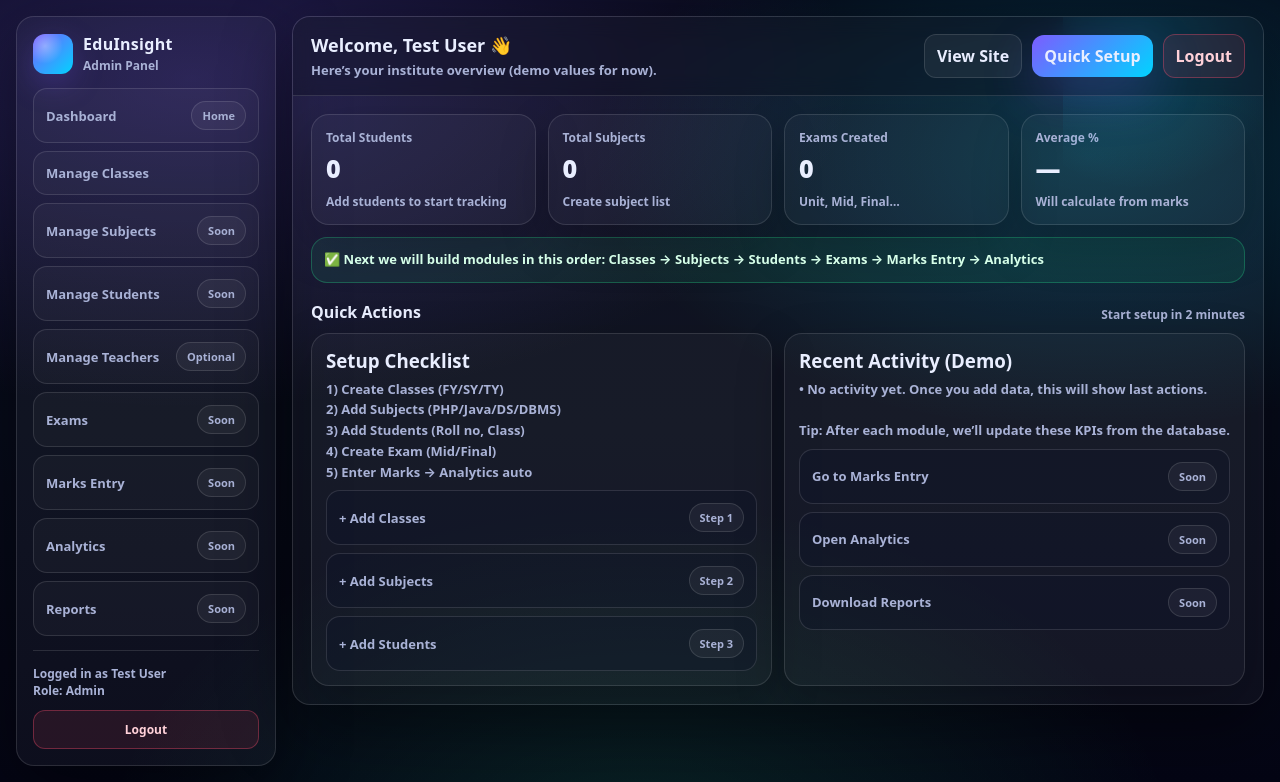
Repository: Kaifclash/EduInsight
Page: http://localhost/dashboard/admin_dashboard.php
These files come from the project's save history. The page is drawn as it stood at one moment and after the next save; the edit follows.
The browser window is 1280 px wide. The pictures show the whole page.
The page is run by PHP 8.4 with error messages shown; the project is at /var/www/html/. The session is filled in as if someone had signed in: {"user_id": 1, "role": "admin", "full_name": "Test User"}. Other server files are loaded and not shown.

Above is the page before, as saved 2026-02-11 19:17:13.

### dashboard/admin_dashboard.php
<?php
session_start();
if (!isset($_SESSION["user_id"]) || ($_SESSION["role"] ?? "") !== "admin") {
  header("Location: ../login.html");
  exit;
}
$fullName = $_SESSION["full_name"] ?? "Admin";
?>
<!DOCTYPE html>
<html lang="en">
<head>
  <meta charset="UTF-8" />
  <meta name="viewport" content="width=device-width, initial-scale=1.0" />
  <title>EduInsight | Admin Dashboard</title>
  <style>
    :root{
      --bg:#070b1a;
      --card:#0f1736;
      --card2:#0b122a;
      --text:#e9eeff;
      --muted:#a9b2d6;
      --accent:#7c5cff;
      --accent2:#00d4ff;
      --good:#2dff9a;
      --warn:#ffcf5a;
      --danger:#ff4d6d;
      --border:rgba(255,255,255,.12);
      --shadow: 0 20px 70px rgba(0,0,0,.45);
      --radius:18px;
    }

    *{box-sizing:border-box;}

    body{
      margin:0;
      font-family: ui-sans-serif, system-ui, -apple-system, Segoe UI, Roboto, Arial;
      color:var(--text);
      background:
        radial-gradient(1200px 600px at 15% 10%, rgba(124,92,255,.25), transparent 55%),
        radial-gradient(900px 500px at 85% 20%, rgba(0,212,255,.20), transparent 55%),
        radial-gradient(900px 600px at 50% 110%, rgba(45,255,154,.12), transparent 60%),
        linear-gradient(180deg, #060816 0%, var(--bg) 55%, #040514 100%);
      min-height:100vh;
      overflow-x:hidden;
      overflow-y:auto; /* ✅ important */
    }

    a{color:inherit;text-decoration:none;}

    /* ✅ Full width responsive layout */
    .layout{
      width:100%;
      max-width:1400px;
      margin: 16px auto;
      padding: 0 16px;
      display:grid;
      grid-template-columns: 260px 1fr;
      gap:16px;
      align-items:start;
    }

    /* Sidebar */
    .sidebar{
      border:1px solid var(--border);
      border-radius: var(--radius);
      background: rgba(255,255,255,.04);
      box-shadow: var(--shadow);
      overflow:hidden;
      padding:16px;

      /* ✅ remove fixed height / sticky */
      position: relative;
      min-height: calc(100vh - 32px);
    }

    .brand{
      display:flex; align-items:center; gap:10px;
      font-weight:900;
      letter-spacing:.3px;
      margin-bottom:14px;
    }
    .logo{
      width:40px; height:40px;
      border-radius:12px;
      background:
        radial-gradient(circle at 30% 30%, rgba(255,255,255,.35), transparent 45%),
        linear-gradient(135deg, var(--accent), var(--accent2));
      box-shadow: 0 10px 30px rgba(124,92,255,.25);
    }
    .brand small{
      display:block;
      font-weight:650;
      color:var(--muted);
      margin-top:2px;
      font-size:12px;
      letter-spacing:0;
    }

    .nav{
      margin-top:10px;
      display:grid;
      gap:8px;
    }
    .nav a{
      padding:12px 12px;
      border:1px solid var(--border);
      border-radius: 14px;
      background: rgba(255,255,255,.03);
      color: var(--muted);
      font-weight:800;
      font-size:13px;
      display:flex;
      align-items:center;
      justify-content:space-between;
      transition:.18s ease;
    }
    .nav a:hover{
      transform: translateY(-1px);
      background: rgba(255,255,255,.06);
      color: var(--text);
    }
    .pill{
      font-size:11px;
      font-weight:900;
      padding:6px 10px;
      border-radius:999px;
      border:1px solid var(--border);
      background: rgba(255,255,255,.05);
      color: var(--muted);
    }

    .side-footer{
      margin-top:14px;
      border-top:1px solid var(--border);
      padding-top:14px;
      color: var(--muted);
      font-size:12px;
      font-weight:650;
      line-height:1.45;
    }

    /* Main */
    .main{
      border:1px solid var(--border);
      border-radius: var(--radius);
      background: rgba(255,255,255,.04);
      box-shadow: var(--shadow);
      overflow:hidden;
      position:relative;

      /* ✅ always fills screen */
      min-height: calc(100vh - 32px);
    }

    .main::before{
      content:"";
      position:absolute;
      inset:-60px -60px auto auto;
      width:260px; height:260px;
      background: radial-gradient(circle at 30% 30%, rgba(0,212,255,.18), transparent 60%);
      pointer-events:none;
    }

    /* Topbar */
    .topbar{
      display:flex;
      align-items:center;
      justify-content:space-between;
      gap:12px;
      padding:16px 18px;
      border-bottom:1px solid var(--border);
      backdrop-filter: blur(10px);
      background: rgba(7,11,26,.30);
      position:sticky;
      top:0;
      z-index:5;
    }

    .hello b{font-size:18px;}
    .hello div{color:var(--muted); font-weight:700; font-size:13px; margin-top:4px;}

    .actions{
      display:flex;
      gap:10px;
      align-items:center;
      flex-wrap:wrap;
    }

    .btn{
      border:1px solid var(--border);
      background: rgba(255,255,255,.06);
      color:var(--text);
      padding:10px 12px;
      border-radius:12px;
      font-weight:900;
      cursor:pointer;
      transition:.18s ease;
      display:inline-flex;
      gap:10px;
      align-items:center;
      justify-content:center;
      user-select:none;
      white-space:nowrap;
    }
    .btn:hover{transform: translateY(-1px); background: rgba(255,255,255,.10);}
    .btn-primary{
      border:none;
      background: linear-gradient(135deg, var(--accent), var(--accent2));
      box-shadow: 0 18px 50px rgba(124,92,255,.25);
    }
    .btn-danger{
      border:1px solid rgba(255,77,109,.35);
      background: rgba(255,77,109,.10);
      color: #ffd1d9;
    }

    /* Content */
    .content{padding:18px;}

    .grid{
      display:grid;
      grid-template-columns: repeat(4, 1fr);
      gap:12px;
    }

    .card{
      border:1px solid var(--border);
      border-radius: var(--radius);
      background: rgba(255,255,255,.03);
      padding:14px;
      box-shadow: 0 18px 50px rgba(0,0,0,.22);
    }
    .kpi .label{color:var(--muted); font-weight:900; font-size:12px;}
    .kpi .value{font-size:24px; font-weight:1000; margin-top:6px;}
    .kpi .sub{margin-top:8px; color:var(--muted); font-weight:700; font-size:12px;}

    .section-title{
      display:flex;
      align-items:flex-end;
      justify-content:space-between;
      gap:12px;
      margin:18px 0 10px;
    }
    .section-title h2{margin:0; font-size:16px;}
    .section-title p{margin:0; color:var(--muted); font-weight:700; font-size:12px;}

    .two{
      display:grid;
      grid-template-columns: 1fr 1fr;
      gap:12px;
    }

    .list a{
      display:flex;
      align-items:center;
      justify-content:space-between;
      padding:12px;
      border:1px solid var(--border);
      border-radius: 14px;
      background: rgba(11,18,42,.30);
      margin-top:8px;
      color: var(--muted);
      font-weight:850;
      font-size:13px;
      transition:.18s ease;
    }
    .list a:hover{transform: translateY(-1px); background: rgba(255,255,255,.06); color: var(--text);}
    .tag{
      font-size:11px;
      font-weight:900;
      padding:6px 10px;
      border-radius:999px;
      border:1px solid var(--border);
      background: rgba(255,255,255,.05);
      color: var(--muted);
    }

    .note{
      margin-top:12px;
      padding:12px;
      border-radius: 16px;
      border:1px solid rgba(45,255,154,.25);
      background: rgba(45,255,154,.08);
      color:#d6ffe9;
      font-weight:800;
      font-size:13px;
      line-height:1.5;
    }

    /* ✅ Responsive */
    @media (max-width: 1050px){
      .layout{grid-template-columns: 1fr;}
      .sidebar{min-height:auto;}
      .grid{grid-template-columns: repeat(2, 1fr);}
      .two{grid-template-columns:1fr;}
    }
    @media (max-width: 520px){
      .grid{grid-template-columns:1fr;}
      .actions{width:100%;}
      .btn{flex:1;}
    }
  </style>
</head>
<body>

  <div class="layout">
    <!-- Sidebar -->
    <aside class="sidebar">
      <div class="brand">
        <div class="logo"></div>
        <div>
          EduInsight
          <small>Admin Panel</small>
        </div>
      </div>

      <div class="nav">
        <a href="admin_dashboard.php">Dashboard <span class="pill">Home</span></a>
        <a href="classes.php">Manage Classes</a>
        <a href="#" onclick="return comingSoon('Subjects');">Manage Subjects <span class="pill">Soon</span></a>
        <a href="#" onclick="return comingSoon('Students');">Manage Students <span class="pill">Soon</span></a>
        <a href="#" onclick="return comingSoon('Teachers');">Manage Teachers <span class="pill">Optional</span></a>
        <a href="#" onclick="return comingSoon('Exams');">Exams <span class="pill">Soon</span></a>
        <a href="#" onclick="return comingSoon('Marks Entry');">Marks Entry <span class="pill">Soon</span></a>
        <a href="#" onclick="return comingSoon('Analytics');">Analytics <span class="pill">Soon</span></a>
        <a href="#" onclick="return comingSoon('Reports');">Reports <span class="pill">Soon</span></a>
      </div>

      <div class="side-footer">
        Logged in as <b><?php echo htmlspecialchars($fullName); ?></b><br>
        Role: <b>Admin</b><br>
        <div style="margin-top:10px;">
          <a class="btn btn-danger" href="../logout.php" style="width:100%; text-align:center; display:inline-flex; justify-content:center;">Logout</a>
        </div>
      </div>
    </aside>

    <!-- Main -->
    <main class="main">
      <div class="topbar">
        <div class="hello">
          <b>Welcome, <?php echo htmlspecialchars($fullName); ?> 👋</b>
          <div>Here’s your institute overview (demo values for now).</div>
        </div>

        <div class="actions">
          <a class="btn" href="../index.html">View Site</a>
          <a class="btn btn-primary" href="#" onclick="return comingSoon('Quick Setup');">Quick Setup</a>
          <a class="btn btn-danger" href="../logout.php">Logout</a>
        </div>
      </div>

      <div class="content">
        <div class="grid">
          <div class="card kpi">
            <div class="label">Total Students</div>
            <div class="value" id="kStudents">0</div>
            <div class="sub">Add students to start tracking</div>
          </div>
          <div class="card kpi">
            <div class="label">Total Subjects</div>
            <div class="value" id="kSubjects">0</div>
            <div class="sub">Create subject list</div>
          </div>
          <div class="card kpi">
            <div class="label">Exams Created</div>
            <div class="value" id="kExams">0</div>
            <div class="sub">Unit, Mid, Final…</div>
          </div>
          <div class="card kpi">
            <div class="label">Average %</div>
            <div class="value" id="kAvg">—</div>
            <div class="sub">Will calculate from marks</div>
          </div>
        </div>

        <div class="note">
          ✅ Next we will build modules in this order:
          <b>Classes → Subjects → Students → Exams → Marks Entry → Analytics</b>
        </div>

        <div class="section-title">
          <h2>Quick Actions</h2>
          <p>Start setup in 2 minutes</p>
        </div>

        <div class="two">
          <div class="card">
            <h3 style="margin:0 0 6px;">Setup Checklist</h3>
            <div style="color:var(--muted); font-weight:700; font-size:13px; line-height:1.6;">
              1) Create Classes (FY/SY/TY)<br>
              2) Add Subjects (PHP/Java/DS/DBMS)<br>
              3) Add Students (Roll no, Class)<br>
              4) Create Exam (Mid/Final)<br>
              5) Enter Marks → Analytics auto
            </div>

            <div class="list">
              <a href="#" onclick="return comingSoon('Classes');">+ Add Classes <span class="tag">Step 1</span></a>
              <a href="#" onclick="return comingSoon('Subjects');">+ Add Subjects <span class="tag">Step 2</span></a>
              <a href="#" onclick="return comingSoon('Students');">+ Add Students <span class="tag">Step 3</span></a>
            </div>
          </div>

          <div class="card">
            <h3 style="margin:0 0 6px;">Recent Activity (Demo)</h3>
            <div style="color:var(--muted); font-weight:700; font-size:13px; line-height:1.6;">
              • No activity yet. Once you add data, this will show last actions.<br><br>
              Tip: After each module, we’ll update these KPIs from the database.
            </div>

            <div class="list">
              <a href="#" onclick="return comingSoon('Marks Entry');">Go to Marks Entry <span class="tag">Soon</span></a>
              <a href="#" onclick="return comingSoon('Analytics');">Open Analytics <span class="tag">Soon</span></a>
              <a href="#" onclick="return comingSoon('Reports');">Download Reports <span class="tag">Soon</span></a>
            </div>
          </div>
        </div>

      </div>
    </main>
  </div>

  <script>
    function comingSoon(name){
      alert(name + " module next step me banayenge 👍");
      return false;
    }
  </script>

</body>
</html>

After the next save:
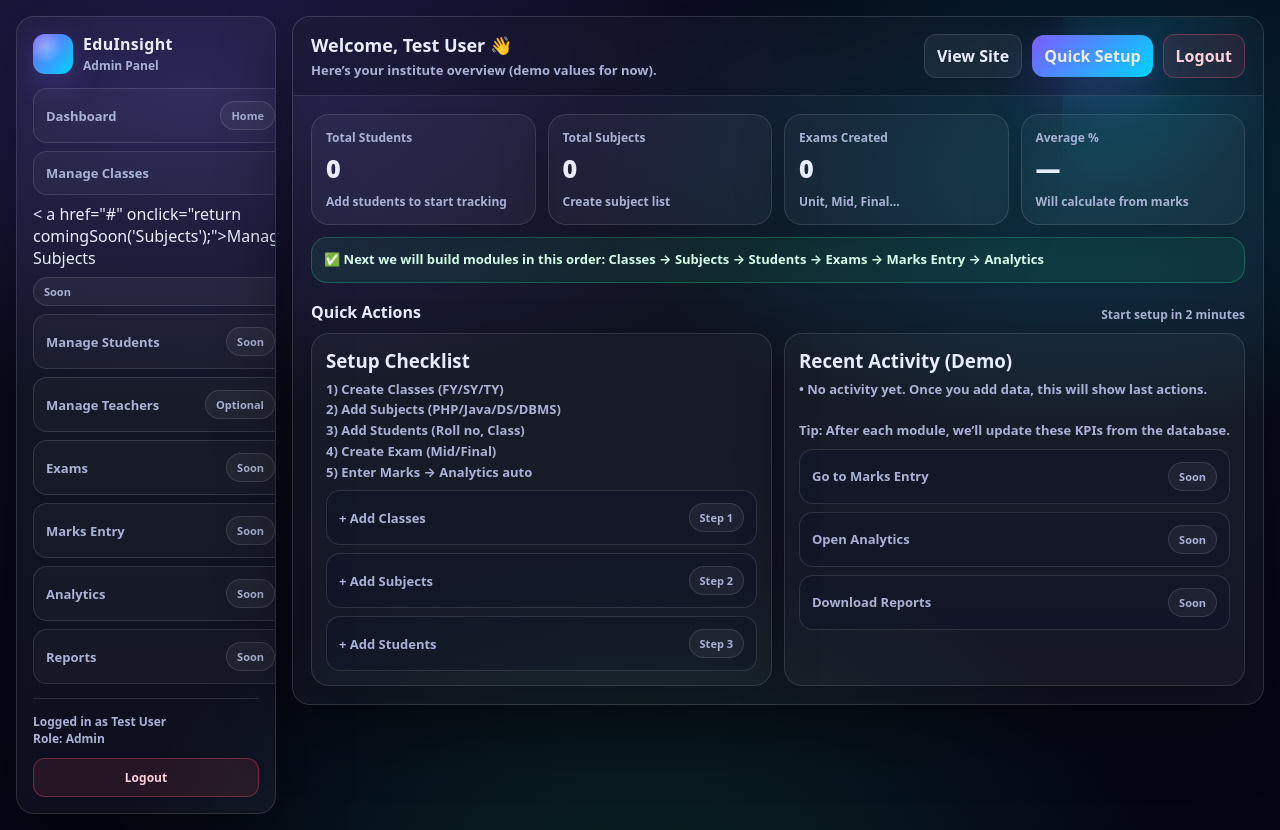
Saved 24 s later.
--- a/dashboard/admin_dashboard.php
+++ b/dashboard/admin_dashboard.php
@@ -317,7 +317,7 @@ $fullName = $_SESSION["full_name"] ?? "Admin";
       <div class="nav">
         <a href="admin_dashboard.php">Dashboard <span class="pill">Home</span></a>
         <a href="classes.php">Manage Classes</a>
-        <a href="#" onclick="return comingSoon('Subjects');">Manage Subjects <span class="pill">Soon</span></a>
+       < a href="#" onclick="return comingSoon('Subjects');">Manage Subjects <span class="pill">Soon</span></a>
         <a href="#" onclick="return comingSoon('Students');">Manage Students <span class="pill">Soon</span></a>
         <a href="#" onclick="return comingSoon('Teachers');">Manage Teachers <span class="pill">Optional</span></a>
         <a href="#" onclick="return comingSoon('Exams');">Exams <span class="pill">Soon</span></a>
